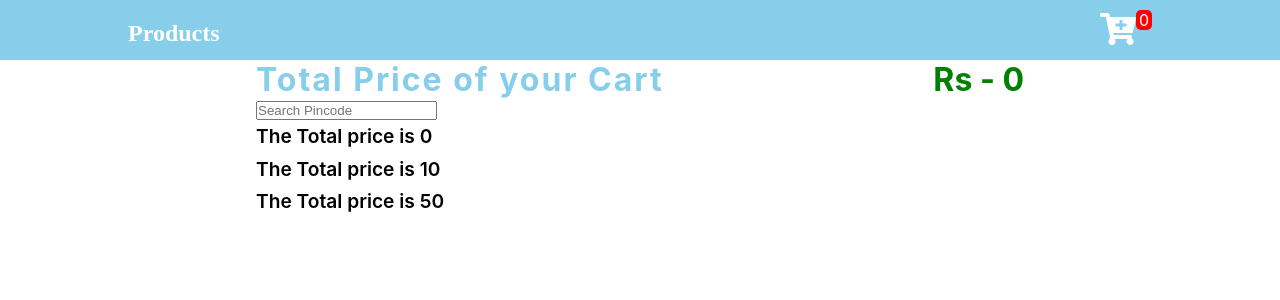
Repository: Imprasna/react-ecommerce
Page: /, after clicking the first element matching `div.cart`
The author's editor kept a copy of each file at every save. The page is drawn from the files as they stood at one save, then again after a run of saves.
The browser window is 1280 px wide. The pictures show the whole page.
Some web libraries are served in a nearby version. The project was rebuilt for these pictures with package versions that can differ from the ones it lists, and the page was loaded fresh each time.

Above is the page before, as saved 2022-06-14 21:26:00.

### public/index.html
<!DOCTYPE html>
<html lang="en">
  <head>
    <meta charset="utf-8" />
    <link rel="icon" href="%PUBLIC_URL%/favicon.ico" />
    <meta name="viewport" content="width=device-width, initial-scale=1" />
    <meta name="theme-color" content="#000000" />
    <meta
      name="description"
      content="Web site created using create-react-app"
    />
    <link
    rel="stylesheet"
    href="https://pro.fontawesome.com/releases/v5.10.0/css/all.css"
    integrity="sha384-AYmEC3Yw5cVb3ZcuHtOA93w35dYTsvhLPVnYs9eStHfGJvOvKxVfELGroGkvsg+p"
    crossorigin="anonymous"
  />
    <link rel="apple-touch-icon" href="%PUBLIC_URL%/logo192.png" />
    <!--
      manifest.json provides metadata used when your web app is installed on a
      user's mobile device or desktop. See https://developers.google.com/web/fundamentals/web-app-manifest/
    -->
    <link rel="manifest" href="%PUBLIC_URL%/manifest.json" />
    <!--
      Notice the use of %PUBLIC_URL% in the tags above.
      It will be replaced with the URL of the `public` folder during the build.
      Only files inside the `public` folder can be referenced from the HTML.

      Unlike "/favicon.ico" or "favicon.ico", "%PUBLIC_URL%/favicon.ico" will
      work correctly both with client-side routing and a non-root public URL.
      Learn how to configure a non-root public URL by running `npm run build`.
    -->
    <title>React App</title>
  </head>
  <body>
    <noscript>You need to enable JavaScript to run this app.</noscript>
    <div id="root"></div>
    <!--
      This HTML file is a template.
      If you open it directly in the browser, you will see an empty page.

      You can add webfonts, meta tags, or analytics to this file.
      The build step will place the bundled scripts into the <body> tag.

      To begin the development, run `npm start` or `yarn start`.
      To create a production bundle, use `npm run build` or `yarn build`.
    -->
  </body>
</html>

### src/App.js
import React, { useState } from "react";
import ProductList from "./components/ProductsList";
import Navbar from "./components/Navbar";
import Cart from "./components/Cart";

const App = () => {
  const [show, setShow] = useState(true);
  const [cart, setCart] = useState([]);

  const handleClick = (item) => {
    if (cart.indexOf(item) !== -1) return;
    setCart([...cart, item]);

    console.log(item)
    localStorage.setItem("productsInCart", JSON.stringify(item));
    // localStorage.setItem("added data", cart)
  };

  const handleChange = (item, d) => {
    const ind = cart.indexOf(item);
    const arr = cart;
    arr[ind].amount += d;

    if (arr[ind].amount === 0) arr[ind].amount = 1;
    setCart([...arr]);
  };

  // useEffect(() => {
  //   console.log("cart change");
  // }, [cart]);

  return (
    <React.Fragment>
      <Navbar setShow={setShow} size={cart.length} />
      {show ? (
        <ProductList handleClick={handleClick} />
      ) : (
        <Cart cart={cart} setCart={setCart} handleChange={handleChange} />
      )}
    </React.Fragment>
  );
};

export default App;

### src/components/ProductsList.js
import React from "react";
import list from "../products";
import Cards from "../components/Cards";
import "../components/css/ProductList.css";

const ProductsList = ({ handleClick }) => {
  return (
    <section>
      {list.map((item) => (
        <Cards key={item.id} item={item} handleClick={handleClick} />
      ))}
    </section>
  );
};

export default ProductsList;

### src/components/Navbar.js
import React from "react";
import "../components/css/navbar.css";

const Navbar = ({ setShow, size }) => {
  return (
    <nav>
      <div className="nav_box">
        <span className="my_shop" onClick={() => setShow(true)}>
         Products
        </span>
        <div className="cart" onClick={() => setShow(false)}>
          <span>
            <i className="fas fa-cart-plus"></i>
          </span>
          <span>{size}</span>
        </div>
      </div>
    </nav>
  );
};

export default Navbar;

### src/components/Cart.js
import React, { useState, useEffect } from "react";
import "../components/css/cart.css";
import Pincode from '../pincodes.json';

const Cart = ({ cart, setCart, handleChange }) => {
  const [price, setPrice] = useState(0);

  const handleRemove = (id) => {
    const arr = cart.filter((item) => item.id !== id);
    setCart(arr);
    handlePrice();
  };

  const handlePrice = () => {
    let ans = 0;
    cart.map((item) => (ans += item.amount * item.price));
    // console.log(cart.map((item) => (item.amount * item.price)))
    setPrice(ans);
  };

  useEffect(() => {
    handlePrice();
  });

  const [searchTerm, setSearchTerm] = useState('');

  return (
    <article>
      {cart.map((item) => (
        <div className="cart_box" key={item.id}>
          <div className="cart_img">
            <img src={item.image} alt="" />
            <p>{item.name}</p>
          </div>

          <div>
            <button type="button" onClick={() => handleChange(item, 1)}>+</button>
            <button>{item.amount}</button>
            <button type="button" onClick={() => handleChange(item, -1)}>-</button>
          </div>
          <div>
            <span>{item.price}</span>
            <button type="button" onClick={() => handleRemove(item.id)}>Remove</button>
          </div>
        </div>
      ))}
      <div className="total">
        <span>Total Price of your Cart</span>
        <span>Rs - {price}</span>
      </div>

      <input className="searchBox" type="text" placeholder="Search Pincode" onChange={e => setSearchTerm(e.target.value)} />

      <div>
        {Pincode.filter((value) =>
        {
          if (searchTerm === " ") {
            return value;
          } else if (value.code.toString().includes(searchTerm.toString())) {
            var deliveryPrice = value.charge + price;
            console.log(deliveryPrice);
            return value;
          }
        })
          .map((pin) =>
          (

          //
            <p className="finalamount" onClick={() => handlePrice(setPrice(pin.charge))}> The Total price is  {pin.charge + price} </p>

      ))}
          </div>
    </article>
  );
};

export default Cart;

### src/products.js


const data = [


	{    "id":1,
		"name": "Product 1",
		"price": 877,
		"availability": 3,
		"image": "https://picsum.photos/200/300",
		"amount":1
	},
	{
		"id":2,
		"name": "Product 2",
		"price": 500,
		"availability": 1,
		"image": "https://picsum.photos/200/300",
		"amount":1

	},
	{
		"id":3,
		"name": "Product 3",
		"price": 990,
		"availability": 2,
		"image": "https://picsum.photos/200/300",
		"amount":1

	},
	{
		"id":4,
		"name": "Product 4",
		"price": 1500,
		"availability": 0,
		"image": "https://picsum.photos/200/300",
		"amount":1
	}]

	export default data

### src/components/Cards.js
import React from "react";

const Cards = ({ item, handleClick }) => {
  const { name, availability, price, image } = item;
  return (
    <div className="cards">
      <div className="image_box">
        <img src={image} alt="" />
      </div>
      <div className="details">
        <p>{name}</p>
        <p>{availability}</p>
        <p>Price - {price}Rs</p>
        <button type="button" onClick={() => handleClick(item)}>Add to Cart</button>
      </div>
    </div>
  );
};

export default Cards;

### src/components/css/ProductList.css
* {
    margin: 0;
    padding: 0;
  }
  section {
    width: 80%;
    margin: auto;
    margin-top: 5%;
    display: grid;
    grid-template-columns: repeat(3, 1fr);
    grid-template-rows: auto;
  }
  .cards {
    width: 250px;
    padding: 20px;
  }
  .cards:hover {
    box-shadow: 0 10px 10px 10px rbga(0, 0, 0, 0.1);
    cursor: pointer;
  }
  .image_box img {
    width: 150px;
    height: 200px;
  }

  .image_box img {
    width: 150px;
    height: 200px;
  }
  .details p:nth-child(1) {
    font-weight: bold;
  }
  .details p:nth-child(2) {
    color: grey;
    font-size: 0.8rem;
  }
  .details p:nth-child(3) {
    font-weight: bolx;
    color: grey;
  }
  .details button {
    padding: 5px 10px;
    border: none;
    font-weight: bold;
    background-color: skyblue;
    outline: none;
  }

### src/components/css/navbar.css
* {
    margin: 0;
    padding: 0;
  }

  nav {
    width: 100%;
    height: 60px;
    background-color: skyblue;
  }

  .nav_box {
    width: 80%;
    margin: auto;
    display: flex;
    align-items: center;
    justify-content: space-between;
    line-height: 60px;
  }
  .my_shop {
    font-size: 1.5rem;
    font-weight: bold;
    color: white;
    font-family: cursive;
    cursor: pointer;
  }
  .cart {
    cursor: pointer;
  }
  .cart span:nth-child(1) {
    font-size: 2rem;
    color: white;
  }
  .cart span:nth-child(2) {
    padding: 0 3px;
    background-color: red;
    color: white;
    font-weight: bolx;
    border-radius: 5px;
    position: relative;
    top: -15px;
  }

### src/components/css/cart.css
* {
    margin: 0;
    padding: 0;
  }

  article {
    width: 60%;
    margin: auto;
  }

  .cart_box img {
    width: 50px;
    height: 50px;
  }
  .cart_img {
    display: flex;
    width: 400px;
  }

  .cart_img p {
    font-weight: bold;
    margin-left: 10px;
  }

  .cart_box {
    display: flex;
    align-items: center;
    justify-content: space-between;
    margin-top: 20px;
    border-bottom: 2px solid skyblue;
    padding-bottom: 5px;
  }

  .cart_box div:nth-child(2) button {
    padding: 5px 10px;
    font-weight: bold;
    margin-right: 5px;
  }

  .cart_box div:nth-child(3) button {
    padding: 5px 10px;
    font-weight: bold;
    letter-spacing: 2px;
    border: none;
    outline: none;
    color: white;
    background-color: skyblue;
    border-radius: 5px;
    cursor: pointer;
  }
  .cart_box div:nth-child(3) button:hover {
    background-color: darkseagreen;
  }
  .cart_box div:nth-child(3) span {
    background-color: lightgreen;
    padding: 5px 10px;
    border-radius: 5px;
    margin-right: 10px;
  }

  .total {
    display: flex;
    justify-content: space-between;
  }

  .total span:nth-child(1) {
    font-size: 2rem;
    color: skyblue;
    font-weight: bold;
    letter-spacing: 2px;
  }

  .total span:nth-child(2) {
    font-size: 2rem;
    color: green;
    font-weight: bold;
  }

  .finalamount {
    font-size: 1.2rem;
    line-height: 1.7;
    font-weight: 600;
    color: #000;
  }

### src/pincodes.json
[
	{
		"code": 641001,
		"charge": 0
	},
	{
		"code": 641002,
		"charge": 10
	},
	{
		"code": 641003,
		"charge": 50
	}
]

Loaded but not shown: src/index.js (common file); src/index.css (common file); src/reportWebVitals.js (common file)

After the next 5 saves:
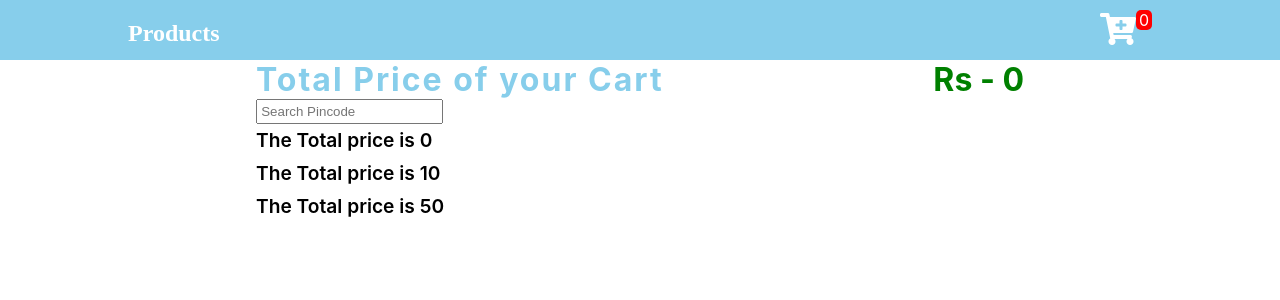
The 5 saves are shown as one change because they came seconds apart.
The last was saved 13 s later.
--- a/src/components/css/cart.css
+++ b/src/components/css/cart.css
@@ -82,3 +82,8 @@
     font-weight: 600;
     color: #000;
   }
+
+
+  .searchBox {
+    padding: .2rem ;
+  }
